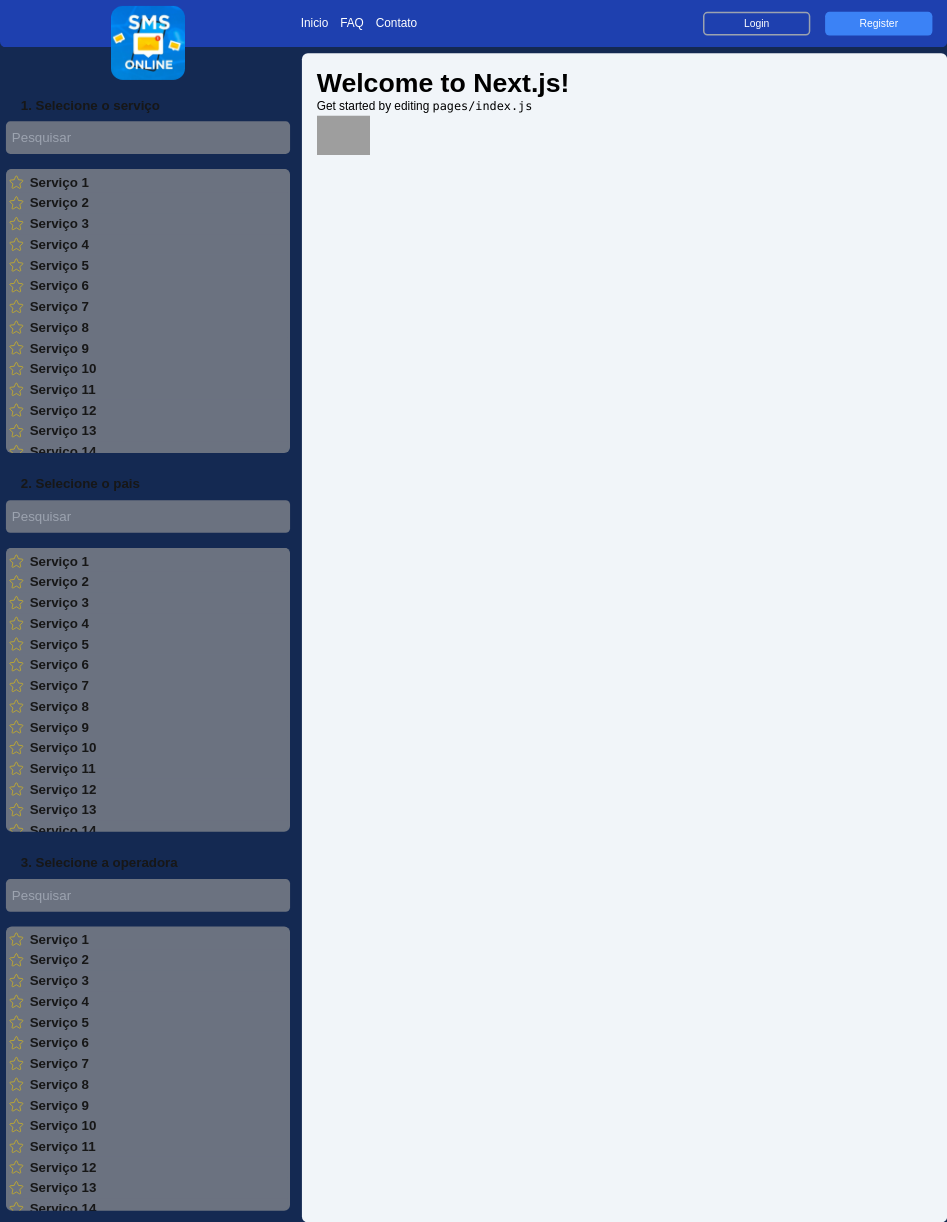
Repository: Felipe-Henrique-Dev/-DIOGO-SMS
Page: /
These files come from the project's save history. The page is drawn as it stood at one moment and after the next save; the edit follows.
The browser window is 1280 px wide. The pictures show the whole page, at 74% of full size.
Pictures or frames that could not be fetched are drawn as grey boxes. The project was rebuilt for these pictures with package versions that can differ from the ones it lists, and the page was loaded fresh each time. The framework's server and built-in components were replaced by stand-ins that run in the browser. Also part of the build but not shown: next.config.ts.

Above is the page before, as saved 2024-12-16 22:24:38.

### src/app/layout.tsx
import type { Metadata } from "next";
import "./globals.css";
import Header from "@/components/main/Header";
import Main from "@/components/main/Main";
import WebApp from "@/components/main/WebApp";



export const metadata: Metadata = {
  title: "Create Next App",
  description: "Generated by create next app",
};

export default function RootLayout({
  children,
}: Readonly<{
  children: React.ReactNode;
}>) {
  return (
    <html lang="pt-br">
      <body className={`antialiased`}>
        <Header />
        <Main>
          <WebApp />
          {children}
        </Main>
      </body>
    </html>
  );
}

### src/app/page.tsx
import Section from "@/components/main/Section";
import Image from "next/image";

export default function Home() {
  return (
    <Section>
      <h1 className="text-4xl font-bold text-center">Welcome to Next.js!</h1>
      <p className="text-center">
        Get started by editing <code>pages/index.js</code>
      </p>
      <Image
        src="/vercel.svg"
        alt="Vercel Logo"
        width={72}
        height={16}
      />
    </Section>
  );
}

### src/app/globals.css
@tailwind base;
@tailwind components;
@tailwind utilities;

:root {
  --background: hsl(220, 60%, 20%);
  --background-secondary: hsl(211, 47%, 29%);
  --primary_text: hsl(0, 0%, 100%);
  --foreground: #171717;
  --color-primary: #000;
  --color-secondary: #1F40AF;
}


body {
  color: var(--foreground);
  background: var(--background);
  font-family: Arial, Helvetica, sans-serif;
}

::-webkit-scrollbar {
  width: 8px;
  height: 10px;
}

::-webkit-scrollbar-track {
  background-color: var(--color-primary);
}

::-webkit-scrollbar-thumb {
  background: var(--color-secondary);
  border-radius: 10px;
}

::-webkit-scrollbar-thumb:hover {
  background-color: var(--color-highlight-hover);
}

### src/components/main/Header.tsx
import React from "react";
import { Button } from "./Button";


export default function Header() {
  return (
    <header className="h-16 bg-blue-800 max-w-screen-2xl m-auto sticky top-0 items-center justify-between  flex rounded-b-lg px-5 z-[99] ">
        <span className="text-white text-lg font-bold"></span>
        <nav className="flex gap-4">
            <a href="#" className="text-white">Inicio</a>
            <a href="#" className="text-white">FAQ</a>
            <a href="#" className="text-white">Contato</a>
        </nav>
        <div className="container flex justify-between items-center w-1/4 gap-5">
            <Button type="button" size="sm" className="text-white" isLoading={false} bgColor="none">Login</Button>
            <Button type="button" size="sm" className="text-white" isLoading={false} bgColor="primary">
                Register
            </Button>
        </div>
    </header>
  );
}

### src/components/main/Main.tsx
import React from "react";

export default function Main({
  children,
}: Readonly<{
  children: React.ReactNode;
}>) {
  return (
    <main className="container max-w-screen-2xl mx-auto flex pt-2 gap-2 ">
      {children}
    </main>
  );
}

### src/components/main/WebApp.tsx
'use client'
import React from "react";
import { Input } from "./Input";
import { useForm } from "react-hook-form"
import Image from "next/image";
export default function WebApp() {
  const [selectService, setSelectService] = React.useState<{ title: string; valor: number; numberDispobilize: number; id: string } | null>(null);
  const [selectCountry, setSelectCountry] = React.useState<{ title: string; valor: number; numberDispobilize: number; id: string } | null>(null);
  const [selectOperator, setSelectOperator] = React.useState<{ title: string; valor: number; numberDispobilize: number; id: string } | null>(null);

  return (
    <aside className="min-w-[25rem] min-h-[90svh] bg-background_secondary text-pri sticky left-0 top-[4.5rem] rounded-lg flex flex-col p-2 gap-5  pt-14 z-[999]">
      <Image src="/logo.webp" alt="Logo" width={100} height={100} className="rounded-2xl absolute -top-16 transform -translate-x-1/2 left-1/2 z-[99]" />
      <Container subTitle="1. Selecione o serviço" list={list} select={selectService} setSelect={setSelectService} />
      <Container subTitle="2. Selecione o pais" list={list} select={selectCountry} setSelect={setSelectCountry} />
      <Container subTitle="3. Selecione a operadora" list={list} select={selectOperator} setSelect={setSelectOperator} />
    </aside>
  );
}


const Container = ({
  list,
  subTitle,
  select,
  setSelect
}: {
  subTitle: string;
  select?: { title: string; valor: number; numberDispobilize: number; id: string } | null;
  setSelect: React.Dispatch<React.SetStateAction<{ title: string; valor: number; numberDispobilize: number; id: string } | null>>;
  list: { title: string; valor: number; numberDispobilize: number; id: string }[];
}) => {
  const { register, watch } = useForm();
  const filter = (watch("filter") || "").toLowerCase();
  const [favorites, setFavorites] = React.useState<string[]>([]);
  const [loading, setLoading] = React.useState<boolean>(true);

  React.useEffect(() => {
    const storedFavorites = JSON.parse(localStorage.getItem("favorites") || "[]");
    setFavorites(storedFavorites);
    setLoading(false);
  }, []);

  const setFavoriteInStorage = (item: string) => {
    const newFavorites = favorites.includes(item)
      ? favorites.filter(favorite => favorite !== item)
      : [...favorites, item];

    setFavorites(newFavorites);
    localStorage.setItem("favorites", JSON.stringify(newFavorites));
  };

  // Primeiro filtrar e ordenar a lista antes do map
  const filteredAndSortedList = React.useMemo(() => {
    return list
      .filter(item => item.title.toLowerCase().includes(filter))
      .sort((a, b) => {
        const aFav = favorites.includes(a.id);
        const bFav = favorites.includes(b.id);
        if (aFav && !bFav) return -1;
        if (!aFav && bFav) return 1;
        return 0;
      });
  }, [list, filter, favorites]);

  if (loading) return <div>Carregando...</div>;

  return (
    <div className="flex flex-col gap-2  ">
      <span className="text-lg font-bold w-full text-start px-5">{subTitle}</span>
      {
        select ?
          <div className="flex w-full bg-slate-300 rounded-lg h-10 items-center justify-start px-5 gap-5 ">
            <button onClick={() => setSelect(null)} className="flex items-center justify-center gap-2 h-8 min-w-8 rounded-xl border-red-500 border-[1px] text-black">X</button>
            <span className="text-lg font-bold min-w-8 h-8 rounded-full text-center bg-white ">I</span>
            <span className="text-lg font-bold w-auto text-center">{select.title}</span>
          </div>
        :
        <>
          <Input type="text" placeholder="Pesquisar" size="lg" register={register("filter")} />
          <div className="h-96 bg-gray-500 w-full my-2 overflow-x-auto scroll-smooth rounded-lg p-1 ">
            {filteredAndSortedList.map((item) => (
              <div className="bg-gray-500 w-full flex items-center justify-start gap-2" key={item.id}>
                <Stars
                  stars={favorites.includes(item.id)}
                  setFavorite={() => setFavoriteInStorage(item.id)}
                />
                <button className="flex flex-col" onClick={() => setSelect(item)}>
                  <span className="text-lg font-bold w-full text-center">{item.title}</span>
                </button>
              </div>
            ))}
          </div>
        </>
      }
    </div>
  );
};



const list = [
  {
    id: "1",
    title: "Serviço 1",
    valor: 10.00,
    numberDispobilize: 6000,
  },
  {
    id: "2",
    title: "Serviço 2",
    valor: 20.00,
    numberDispobilize: 5000,
  },
  {
    id: "3",
    title: "Serviço 3",
    valor: 30.00,
    numberDispobilize: 4000,
  },
  {
    id: "4",
    title: "Serviço 4",
    valor: 40.00,
    numberDispobilize: 3000,
  },
  {
    id: "5",
    title: "Serviço 5",
    valor: 50.00,
    numberDispobilize: 2000,
  },
  {
    id: "6",
    title: "Serviço 6",
    valor: 60.00,
    numberDispobilize: 1000,
  },
  {
    id: "7",
    title: "Serviço 7",
    valor: 70.00,
    numberDispobilize: 900,
  },
  {
    id: "8",
    title: "Serviço 8",
    valor: 80.00,
    numberDispobilize: 800,
  },
  {
    id: "9",
    title: "Serviço 9",
    valor: 90.00,
    numberDispobilize: 700,
  },
  {
    id: "10",
    title: "Serviço 10",
    valor: 100.00,
    numberDispobilize: 600,
  },
  {
    id: "11",
    title: "Serviço 11",
    valor: 110.00,
    numberDispobilize: 500,
  },
  {
    id: "12",
    title: "Serviço 12",
    valor: 120.00,
    numberDispobilize: 400,
  },
  {
    id: "13",
    title: "Serviço 13",
    valor: 130.00,
    numberDispobilize: 300,
  },
  {
    id: "14",
    title: "Serviço 14",
    valor: 140.00,
    numberDispobilize: 200,
  },
  {
    id: "15",
    title: "Serviço 15",
    valor: 150.00,
    numberDispobilize: 100,
  }
];

const Stars = ({stars, setFavorite} : {stars: boolean, setFavorite: () => void}) => {
  return (
      <>
          {
              !stars?
              <svg width="20" height="20" viewBox="0 0 13 12" fill="none" xmlns="http://www.w3.org/2000/svg" onClick={setFavorite} className="cursor-pointer" >
                  <path d="M6.49956 9.51326L9.26623 11.1866C9.77289 11.4933 10.3929 11.0399 10.2596 10.4666L9.52623 7.31992L11.9729 5.19993C12.4196 4.81326 12.1796 4.07993 11.5929 4.03326L8.37289 3.75993L7.11289 0.786592C6.88623 0.246592 6.11289 0.246592 5.88623 0.786592L4.62623 3.75326L1.40623 4.02659C0.81956 4.07326 0.57956 4.80659 1.02623 5.19326L3.47289 7.31326L2.73956 10.4599C2.60623 11.0333 3.22623 11.4866 3.73289 11.1799L6.49956 9.51326Z" fill="none" stroke="#EFC900" strokeWidth="0.5"/>
              </svg>
              :
              <svg width="20" height="20" viewBox="0 0 13 12" fill="none" xmlns="http://www.w3.org/2000/svg" onClick={setFavorite} className="cursor-pointer">
                  <path d="M6.49956 9.51326L9.26623 11.1866C9.77289 11.4933 10.3929 11.0399 10.2596 10.4666L9.52623 7.31992L11.9729 5.19993C12.4196 4.81326 12.1796 4.07993 11.5929 4.03326L8.37289 3.75993L7.11289 0.786592C6.88623 0.246592 6.11289 0.246592 5.88623 0.786592L4.62623 3.75326L1.40623 4.02659C0.81956 4.07326 0.57956 4.80659 1.02623 5.19326L3.47289 7.31326L2.73956 10.4599C2.60623 11.0333 3.22623 11.4866 3.73289 11.1799L6.49956 9.51326Z" fill="#EFC900"/>
              </svg>
          }
      </>
  );
}

### src/components/main/Section.tsx
import { cn } from "@/lib/utils";
import React from "react";

export default function Section({
  children,
  className
}: Readonly<{
  children: React.ReactNode;
  className?: string;
}>) {
  return (
    <section className={cn(
      "p-5 flex flex-col min-h-[90svh] bg-slate-100 w-full text-black items-start justify-start rounded-lg ",
      className
    )}>
      {children}
    </section>
  );
}

### src/components/main/Button.tsx
/* eslint-disable @typescript-eslint/no-explicit-any */
import { cn } from "@/lib/utils";
import React from "react";

export const Button = ({
    className,
    size = "md",
    onClick,
    children,
    type,
    isLoading,
    bgColor = "primary",
}:{
    type: 'button' | 'submit' | 'reset';
    onClick?: (event: React.MouseEvent<HTMLButtonElement>) => void;
    className?: string;
    children: React.ReactNode;
    size?: "sm" | "md" | "lg";
    isLoading: boolean;
    bgColor?: "primary" | "secondary" | "danger" | "none";
}) => {

    const sizes = {
        sm: "w-1/2 h-8 text-sm",
        md: "w-3/4 h-10 text-base",
        lg: "w-full h-14 text-lg",
    };

    const bgColors = {
        primary: "bg-blue-500 text-white",
        secondary: "bg-gray-500 text-white",
        danger: "bg-red-500 text-white",
        none: "bg-transparent text-black border-gray-400 border-2 "
    };

    return (
        <button
            type={type}
            onClick={onClick}
            className={cn(
                "p-2 rounded-md relative flex items-center justify-center",
                bgColors[bgColor],
                sizes[size],
                className
            )}
            disabled={isLoading}
        >
            {
                isLoading ? loading() : children
            }
        </button>
    );
}


const loading = () => {
    return (
        <div className="absolute inset-0 bg-gray-300 bg-opacity-50 flex items-center justify-center">
            <div className="animate-spin rounded-full h-12 w-12 border-t-2 border-b-2 border-gray-900"></div>
        </div>
    );
}

### src/components/main/Input.tsx
/* eslint-disable @typescript-eslint/no-unused-vars */
/* eslint-disable @typescript-eslint/no-explicit-any */
import { cn } from "@/lib/utils";
import React from "react";

export const Input = ({
    type,
    placeholder,
    classNameSpan,
    classNameLabel,
    classNameInput,
    label,
    size = "md",
    icon,
    register,
    bgColor = "secondary",
    labelIsHidden = false,
    name
}:{
    type: 'text' | 'password' | 'email';
    placeholder: string;
    classNameSpan?: string;
    classNameLabel?: string;
    classNameInput?: string;
    size?: "sm" | "md" | "lg";
    icon?: React.ReactNode;
    register?: any;
    label?: string;
    bgColor?: "primary" | "secondary" | "danger" | "none";
    labelIsHidden?: boolean;
    name?: string;
}) => {

    const sizes = {
        sm: "w-1/2 h-8 text-sm",
        md: "w-3/4 h-10 text-base",
        lg: "w-full h-12 text-lg",
    };

    const bgColors = {
        primary: "bg-blue-500 text-white",
        secondary: "bg-gray-500 text-white",
        danger: "bg-red-500 text-white",
        none: "bg-transparent text-black border-gray-300 border-2"
    };


    return (
        <span className={cn(
                "relative flex flex-col",
                sizes[size],
                classNameSpan,
        )}>
            {
                labelIsHidden &&
                <label className={cn(
                    classNameLabel
                )} >
                    {label}
                </label>
            }
            <input
                type={type}
                placeholder={placeholder}
                {...register}
                className={cn(
                    "p-2 rounded-md relative w-full",
                    classNameInput,
                    bgColors[bgColor]
                )}
            />
            {icon}
        </span>

    );
}

### tailwind.config.ts
import type { Config } from "tailwindcss";

export default {
  content: [
    "./src/pages/**/*.{js,ts,jsx,tsx,mdx}",
    "./src/components/**/*.{js,ts,jsx,tsx,mdx}",
    "./src/app/**/*.{js,ts,jsx,tsx,mdx}",
  ],
  theme: {
    extend: {
      colors: {
        background: "hsl(var(--background))",
        foreground: "var(--foreground)",
        background_secondary: "hsl(var(--background-secondary))",
        primary: "var(--primary)",
      },
      background : {
        background: "hsl((var(--background))",
        background_secondary: "hsl(var(--background-secondary))",
        foreground: "var(--foreground)",
      },
    },
  },
  plugins: [],
} satisfies Config;

Loaded but not shown: src/lib/utils.ts (common file)

After the next save:
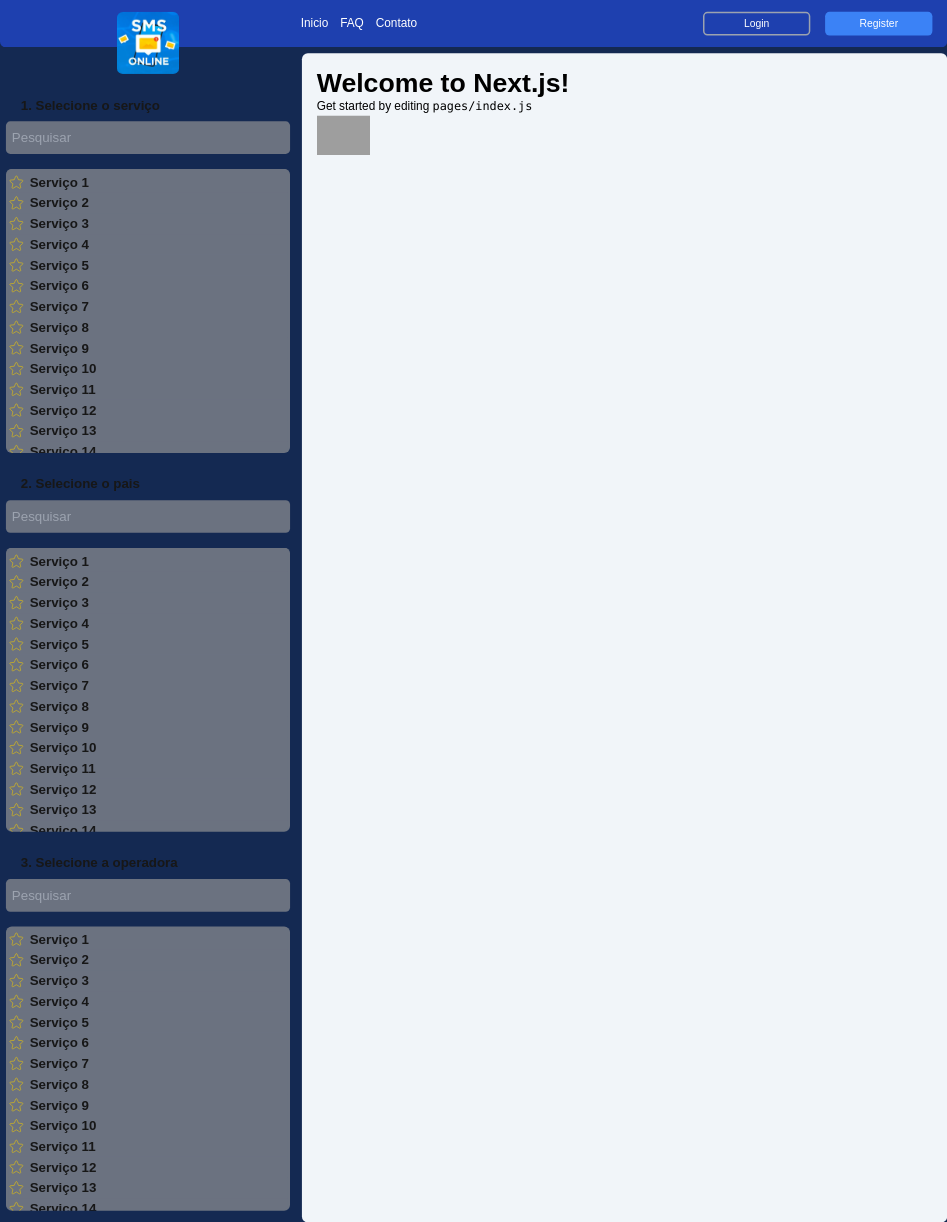
Saved 34 s later.
--- a/src/components/main/WebApp.tsx
+++ b/src/components/main/WebApp.tsx
@@ -10,7 +10,7 @@ export default function WebApp() {
 
   return (
     <aside className="min-w-[25rem] min-h-[90svh] bg-background_secondary text-pri sticky left-0 top-[4.5rem] rounded-lg flex flex-col p-2 gap-5  pt-14 z-[999]">
-      <Image src="/logo.webp" alt="Logo" width={100} height={100} className="rounded-2xl absolute -top-16 transform -translate-x-1/2 left-1/2 z-[99]" />
+      <Image src="/logo.webp" alt="Logo" width={100} height={100} className="rounded-2xl absolute -top-16 transform -translate-x-1/2 left-1/2 z-[99] border-8 border-background_secondary " />
       <Container subTitle="1. Selecione o serviço" list={list} select={selectService} setSelect={setSelectService} />
       <Container subTitle="2. Selecione o pais" list={list} select={selectCountry} setSelect={setSelectCountry} />
       <Container subTitle="3. Selecione a operadora" list={list} select={selectOperator} setSelect={setSelectOperator} />
